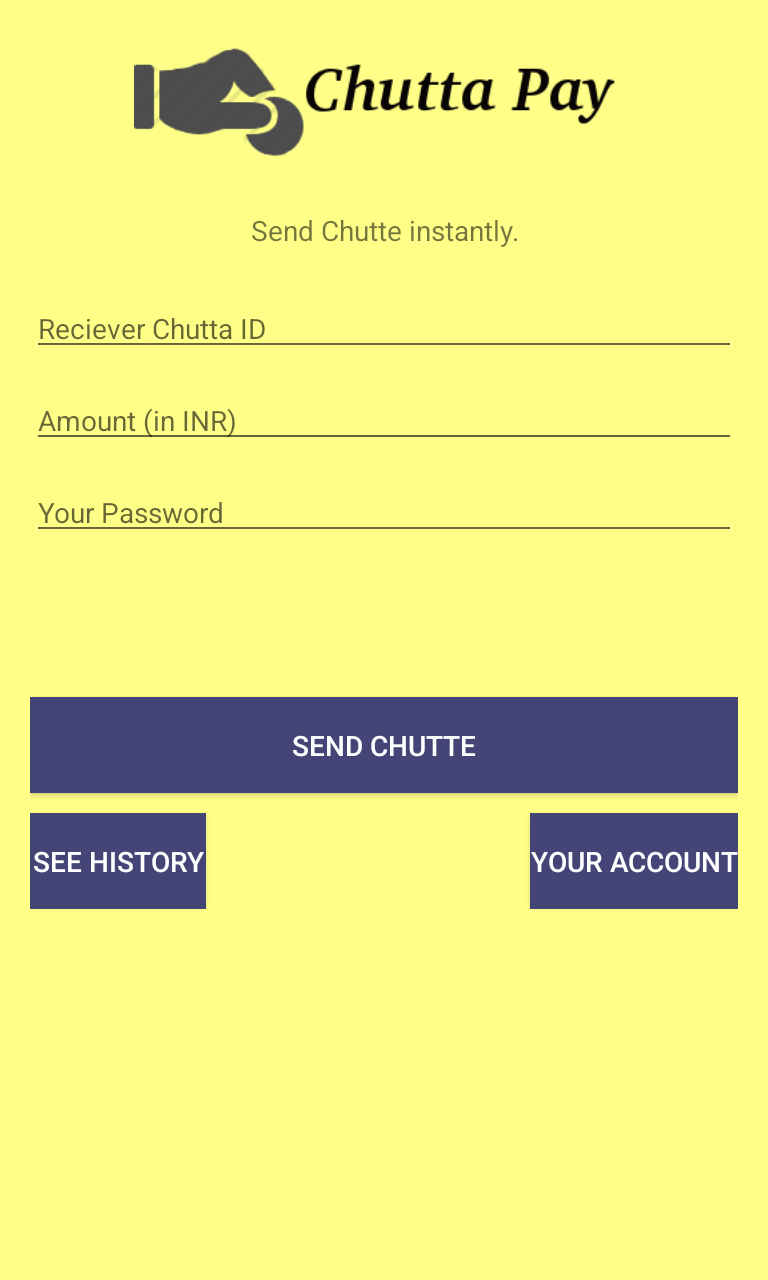
Repository: pankajksharma/chutta-pay
Layout: ChuttaPay/res/layout/payment.xml
These files come from the project's save history. The layout is drawn as it stood at one moment and after the next save; the edit follows.
It is drawn on a 768 x 1280 px phone screen (xhdpi) without system bars, with theme AppTheme; the app's code is not run. The app's manifest (not shown) leaves right-to-left support off. So textAlignment, textDirection and layoutDirection are ignored, and left and right values win over start and end ones.

Above is the layout before, as saved 2014-04-26 16:02:06.

### ChuttaPay/res/layout/payment.xml
<?xml version="1.0" encoding="utf-8"?>
<RelativeLayout xmlns:android="http://schemas.android.com/apk/res/android"
    android:layout_width="match_parent"
    android:layout_height="match_parent"
    android:background="#ffff88"
    android:paddingLeft="15dp"
    android:paddingRight="15dp" >

    <ImageView
        android:id="@+id/imageView1"
        android:layout_width="wrap_content"
        android:layout_height="wrap_content"
        android:layout_marginTop="5dp"
        android:layout_centerHorizontal="true"
        android:src="@drawable/logo" />

    <LinearLayout
        android:id="@+id/ll"
        android:layout_width="match_parent"
        android:layout_height="wrap_content"
        android:layout_below="@id/imageView1"
        android:layout_centerHorizontal="true"
        android:layout_marginTop="15dp"
        android:orientation="vertical" >

        <TextView
            android:layout_width="match_parent"
            android:layout_height="wrap_content"
            android:gravity="center_horizontal"
            android:layout_marginBottom="20dp"
            android:text="Send Chutte instantly." />


        <EditText
            android:id="@+id/edt_user_id"
            android:layout_width="match_parent"
            android:layout_height="wrap_content"
            android:layout_marginBottom="10dp"
            android:hint="Reciever Chutta ID"
            android:inputType="number"
            android:lines="1"
            android:textSize="14sp" />

        <EditText
            android:id="@+id/edt_amount"
            android:layout_width="match_parent"
            android:layout_height="wrap_content"
            android:layout_marginBottom="10dp"
            android:hint="Amount (in INR)"
            android:inputType="number"
            android:lines="1"
            android:textSize="14sp" />

         <EditText
            android:id="@+id/edt_password"
            android:layout_width="match_parent"
            android:layout_height="wrap_content"
            android:layout_marginBottom="10dp"
            android:hint="Your Password"
            android:inputType="textPassword"
            android:lines="1"
            android:textSize="14sp" />


    </LinearLayout>

    <Button
        android:id="@+id/btn_submit"
        android:layout_width="match_parent"
        android:layout_height="wrap_content"
        android:layout_below="@+id/ll"
        android:layout_marginTop="66dp"
        android:background="#444477"
        android:text="Send Chutte"
        android:textAlignment="center"
        android:textColor="#ffffff" />

    <RelativeLayout
        android:id="@+id/ll2"
        android:layout_width="match_parent"
        android:layout_height="wrap_content"
        android:layout_below="@+id/btn_submit"
        android:layout_marginTop="10dp" >

         <Button
	        android:id="@+id/btn_transactions"
	        android:layout_width="wrap_content"
	        android:layout_height="wrap_content"
	        android:layout_alignParentLeft="true"
	        android:background="#444477"
	        android:text="See History"
	        android:textColor="#ffffff" />

          <Button
	        android:id="@+id/btn_account"
	        android:layout_width="wrap_content"
	        android:layout_height="wrap_content"
	        android:layout_alignParentRight="true"
	        android:background="#444477"
	        android:text="Your Account"
	        android:textColor="#ffffff" />

    </RelativeLayout>
</RelativeLayout>

Loaded but not shown: ChuttaPay/res/values/styles.xml (common file); ChuttaPay/res/values-v11/styles.xml (common file); ChuttaPay/res/values-v14/styles.xml (common file)

After the next save:
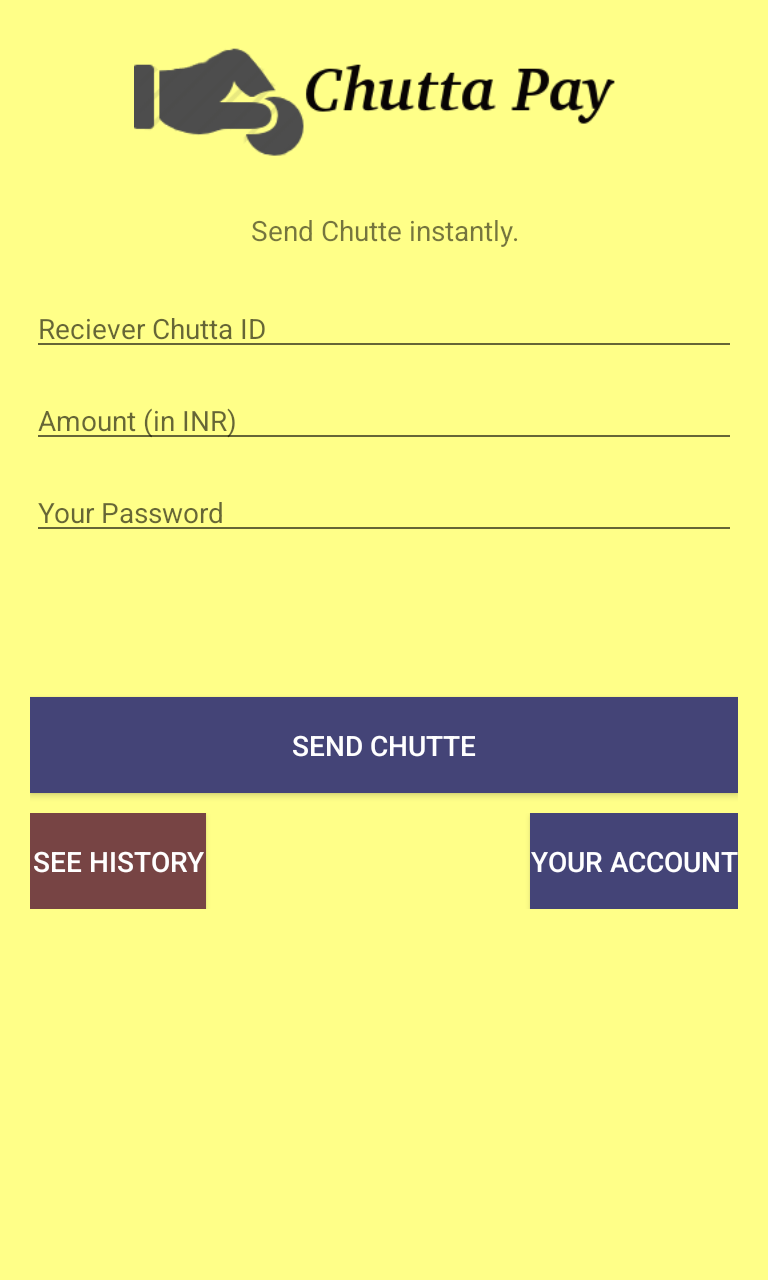
Saved 15 s later.
--- a/ChuttaPay/res/layout/payment.xml
+++ b/ChuttaPay/res/layout/payment.xml
@@ -87,7 +87,7 @@
 	        android:layout_width="wrap_content"
 	        android:layout_height="wrap_content"
 	        android:layout_alignParentLeft="true"
-	        android:background="#444477"
+	        android:background="#774444"
 	        android:text="See History"
 	        android:textColor="#ffffff" />
 
